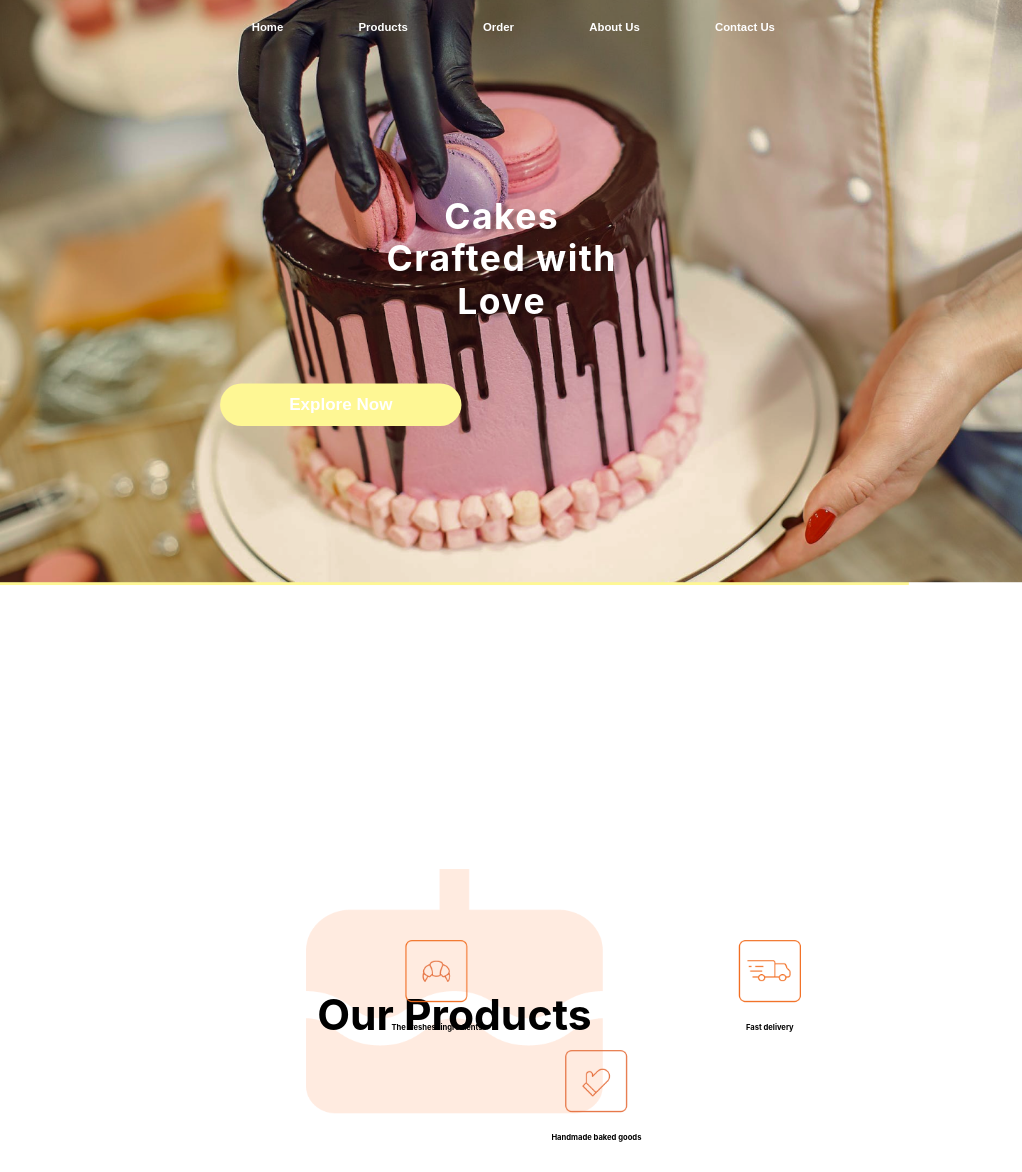
Repository: MEROO1010/cake-box
Page: /
The author's editor kept a copy of each file at every save. The page is drawn from the files as they stood at one save, then again after the next save.
The browser window is 1280 px wide. The page is 1440 px wide, so the pictures cover 1440 px, including what lies to the right of the window. The pictures show the whole page, at 71% of full size.
The project was rebuilt for these pictures with package versions that can differ from the ones it lists, and the page was loaded fresh each time.

Above is the page before, as saved 2023-11-09 12:24:56.

After the next save:
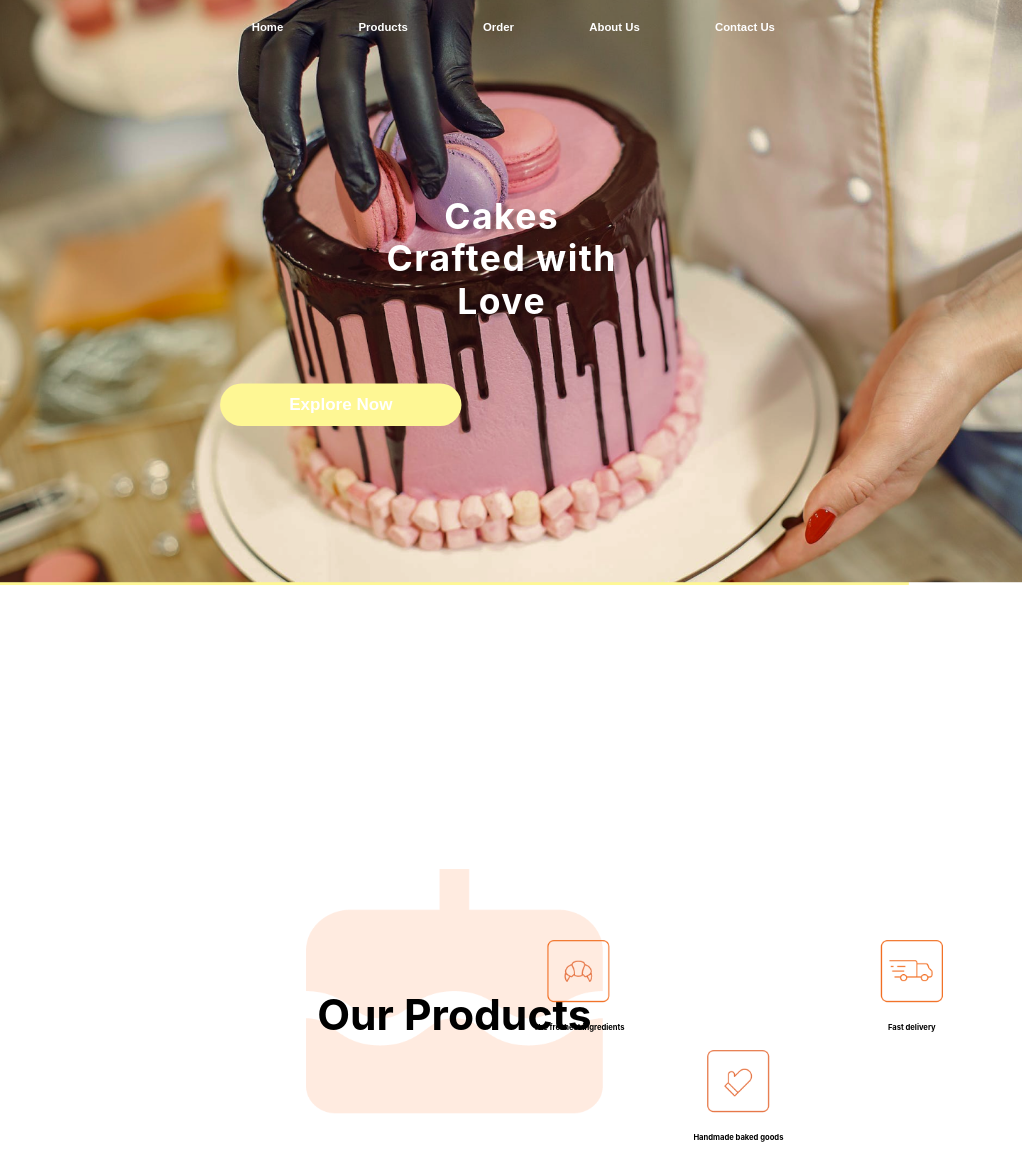
Saved 16 s later.
--- a/src/components/Products.jsx
+++ b/src/components/Products.jsx
@@ -64,5 +64,6 @@
   display: inline-block;
   margin-left:60px;
   padding-left:300px;
+  left:200px;
   }
 `
